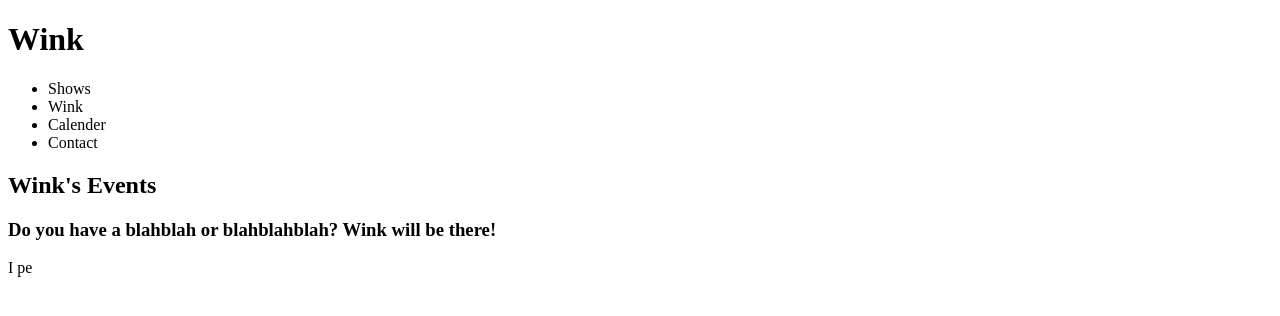
Repository: Sbethm/wink
Page: events.html
The author's editor kept a copy of each file at every save. The page is drawn from the files as they stood at one save, then again after the next save.
The browser window is 1280 px wide. The pictures show the whole page.

Above is the page before, as saved 2021-09-07 17:21:27.

### events.html
<!DOCTYPE html>
<html lang="en">
<head>
    <meta charset="UTF-8">
    <meta http-equiv="X-UA-Compatible" content="IE=edge">
    <meta name="viewport" content="width=device-width, initial-scale=1.0">
    <title>Wink Danenberg: Events</title>
</head>
<body>
    <header id="headerBg">
        <h1 id="logo">Wink</h1>
        <div class="menu--btn">
            <ul class="menu">
                <li class="menu--item">Shows</li>
                <li class="menu--item">Wink</li>
                <li class="menu--item">Calender</li>
                <li class="menu--item">Contact</li>
            </ul>
        </div>
    </header>
    <main>
        <div class="cover backgroundimg">
            <h2 class="contact--title">Wink's Events</h2>
        </div>
        <div>
            <h3 class="call-to-action">Do you have a blahblah or blahblahblah? Wink will be there!</h3>
            <p>I pe</p>
        </div>
    </main>
</body>
</html>

After the next save:
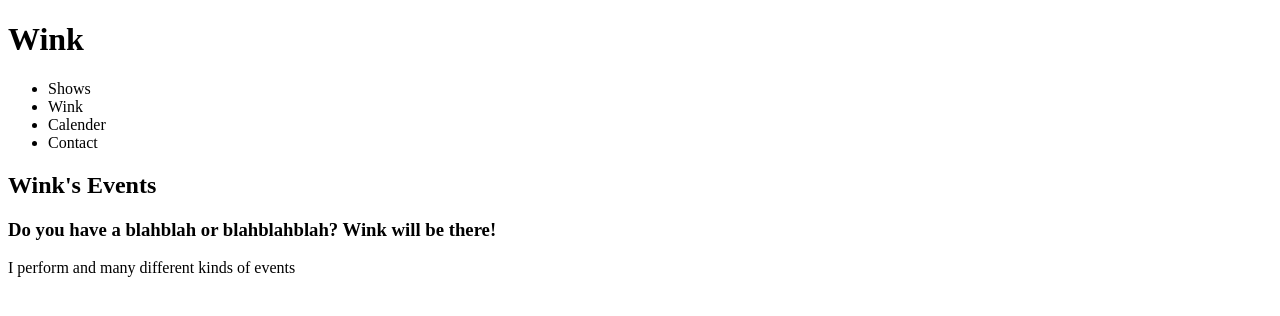
Saved 9 s later.
--- a/events.html
+++ b/events.html
@@ -24,7 +24,7 @@
         </div>
         <div>
             <h3 class="call-to-action">Do you have a blahblah or blahblahblah? Wink will be there!</h3>
-            <p>I pe</p>
+            <p>I perform and many different kinds of events</p>
         </div>
     </main>
 </body>
